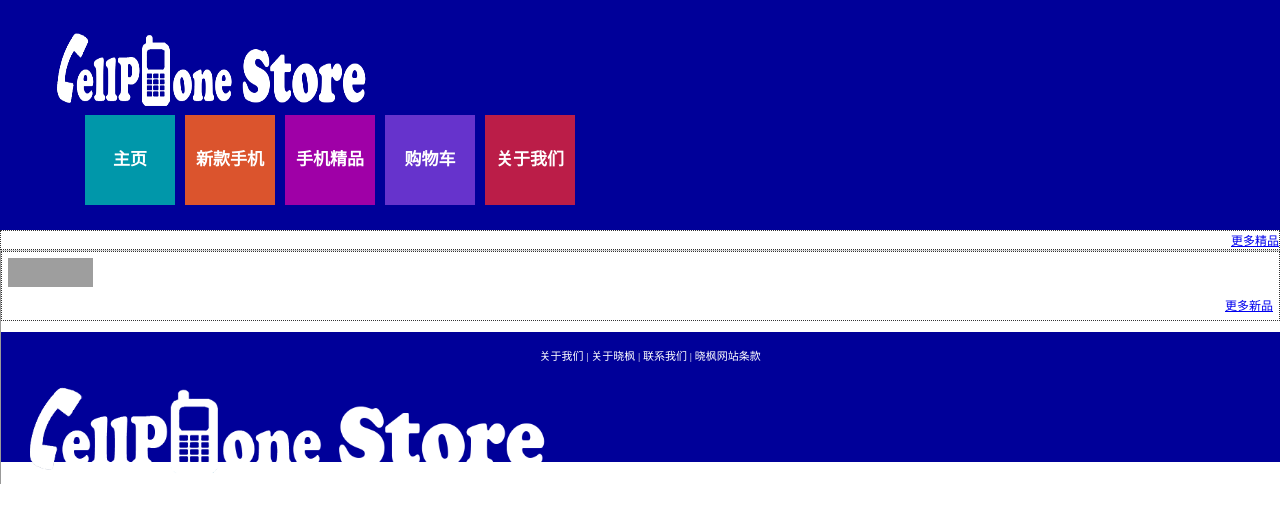
Repository: Jefsky/phonemarket
Page: http://localhost/phonemarket/user/index.jsp
The author's editor kept a copy of each file at every save. The page is drawn from the files as they stood at one save, then again after the next save.
The browser window is 1280 px wide. The pictures show the whole page.
Pictures or frames that could not be fetched are drawn as grey boxes. The page is served by Tomcat 9. Queries for data that is not in the repository find no rows.

Above is the page before, as saved 2014-06-25 17:35:49.

After the next save:
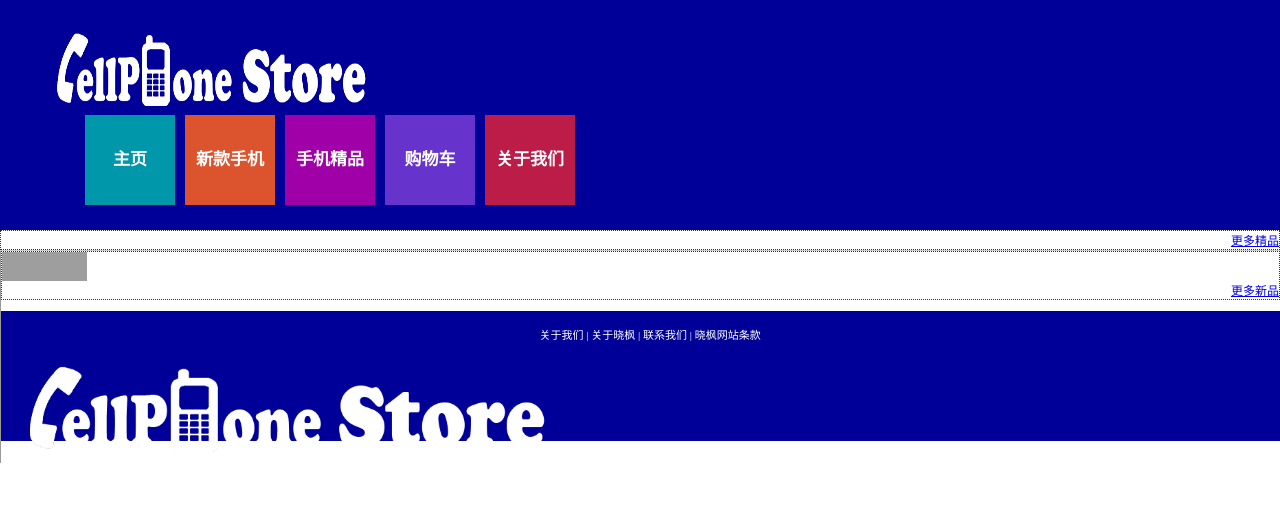
Saved 45 s later.
--- a/phonemarket/phonemarket/WebContent/user/index.jsp
+++ b/phonemarket/phonemarket/WebContent/user/index.jsp
@@ -139,7 +139,7 @@
 		    		<tr>
 		    			<td width="1" nowrap bgcolor="#999999"></td>
 		    			<td>
-		    				<table width="100%" border="0" cellspacing="3" cellpadding="3" class="td">
+		    				<table width="100%" border="0" cellspacing="0" cellpadding="0" class="td">
 		    					<tr>
 		    						<td colspan="2"><div align="left"><img src="../images/lanmu_r2.jpg"
 		    						width="85" height="29"></div></td>
